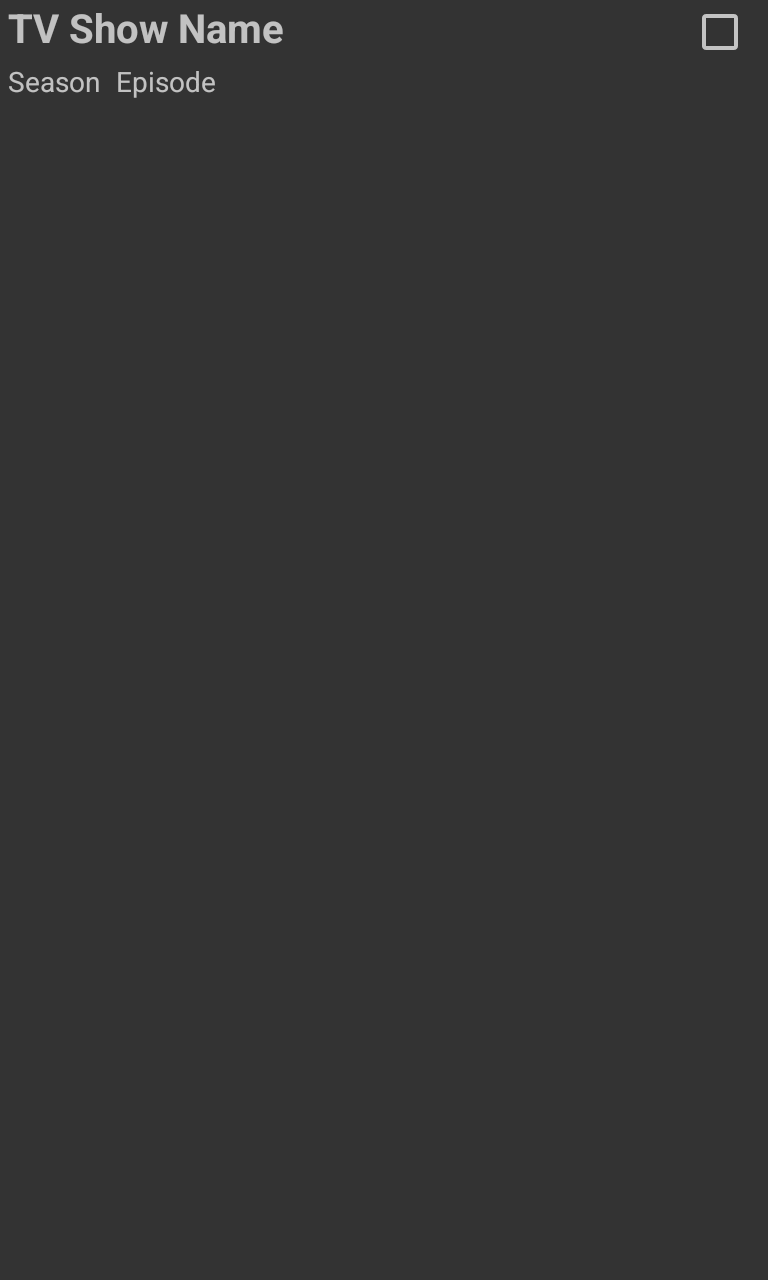
Repository: Jeedan/learning-android-apps
Layout: TvShowTracker/res/layout/list_item_tvshow.xml
An editor plug-in stored every save of this project. The layout is shown before and after the next save, followed by the edit.
It is drawn on a 768 x 1280 px phone screen (xhdpi) without system bars, with theme AppTheme; the app's code is not run. The app's manifest (not shown) leaves right-to-left support off. So textAlignment, textDirection and layoutDirection are ignored, and left and right values win over start and end ones.

Above is the layout before, as saved 2014-10-29 14:42:39.

After the next save:
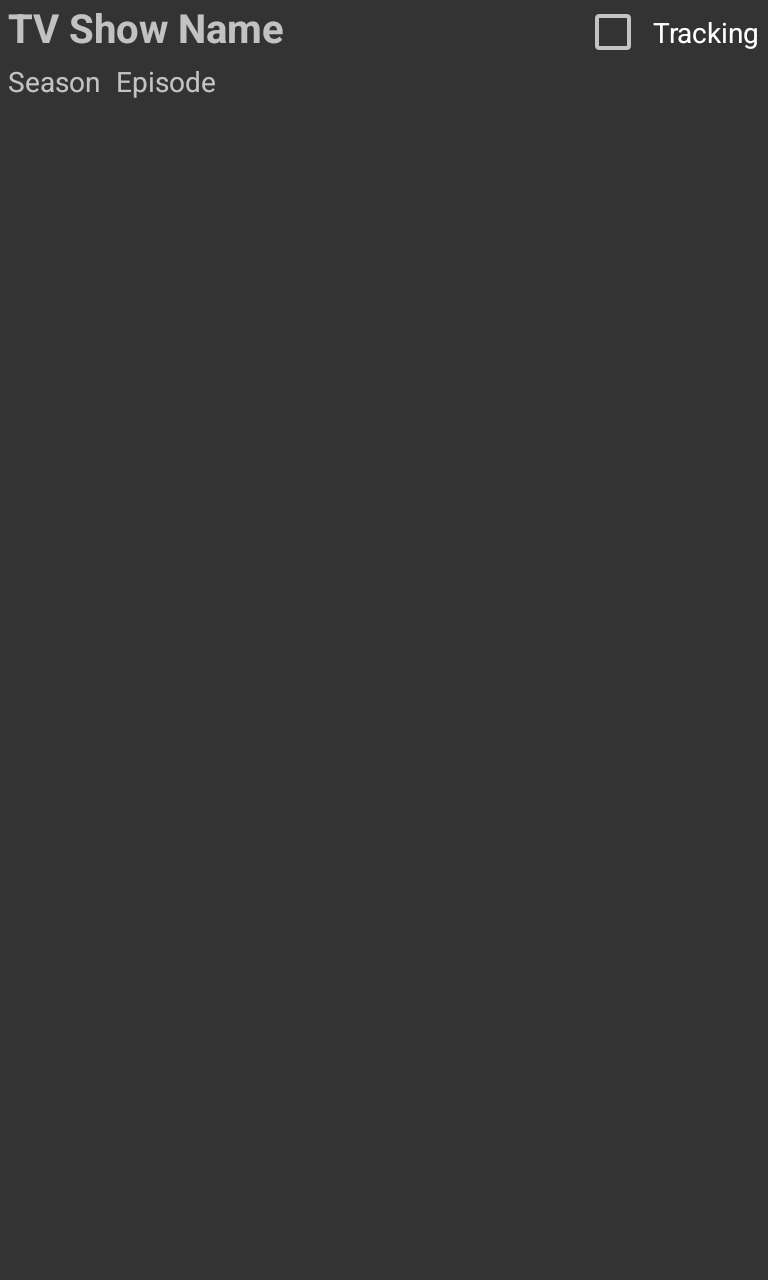
Saved 4 min 51 s later.
--- a/TvShowTracker/res/layout/list_item_tvshow.xml
+++ b/TvShowTracker/res/layout/list_item_tvshow.xml
@@ -20,7 +20,8 @@
         android:layout_alignParentEnd="true"
         android:padding="4dp"
         android:enabled="true"
-        android:focusable="false"  />
+        android:focusable="false"
+        android:text="Tracking"  />
 
 	<TextView
         android:id="@+id/tv_Show_Season_Text_View"
